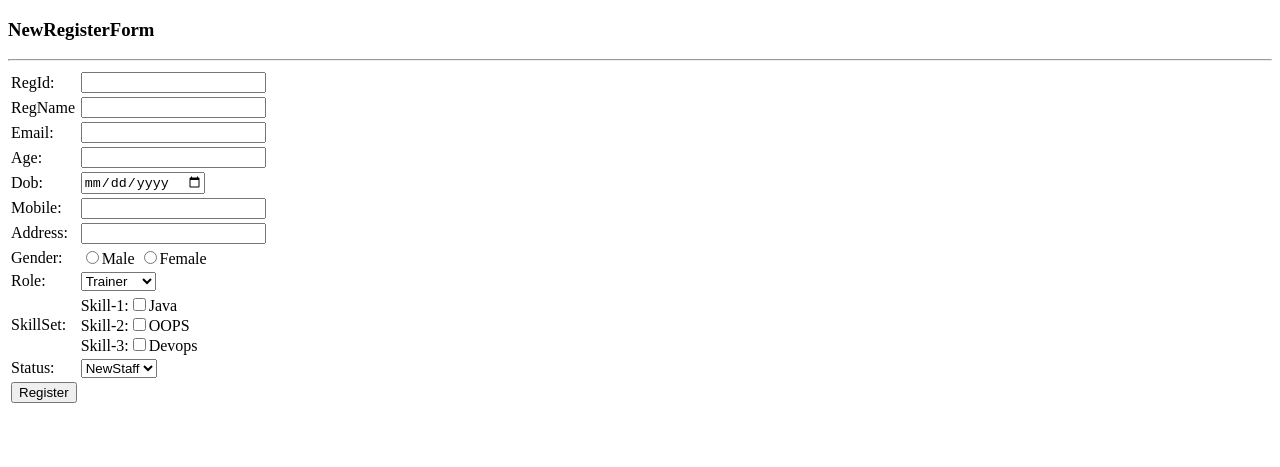
Repository: Karthi-Mano/AdvanceJavaPrograms
Page: http://localhost/CEBProject/registerform.jsp
An editor plug-in stored every save of this project. The page is shown before and after the next save, followed by the edit.
The browser window is 1280 px wide. The pictures show the whole page.
The page is served by Tomcat 9.

Above is the page before, as saved 2018-05-09 19:12:49.

After the next save:
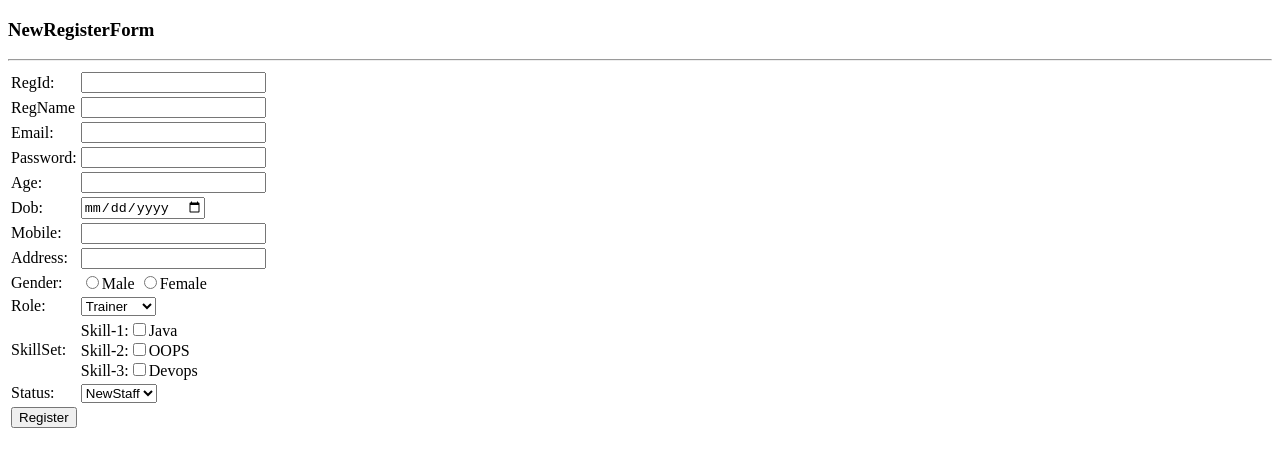
Saved 106 s later.
--- a/CEBProject/WebContent/registerform.jsp
+++ b/CEBProject/WebContent/registerform.jsp
@@ -14,6 +14,7 @@
 <tr><td>RegId:</td><td><input type="text" name="regid" required/></td></tr>
 <tr><td>RegName</td><td><input type="text" name="regname"/></td></tr>
 <tr><td>Email:</td><td><input type="text" name="email"/></td></tr>
+<tr><td>Password:</td><td><input type="text" name="email"/></td></tr>
 <tr><td>Age:</td><td><input type="text" name="age"/></td></tr>
 <tr><td>Dob:</td><td><input type="date" name="dob"/></td></tr>
 <tr><td>Mobile:</td><td><input type="text" name="mobile"/></td></tr>
